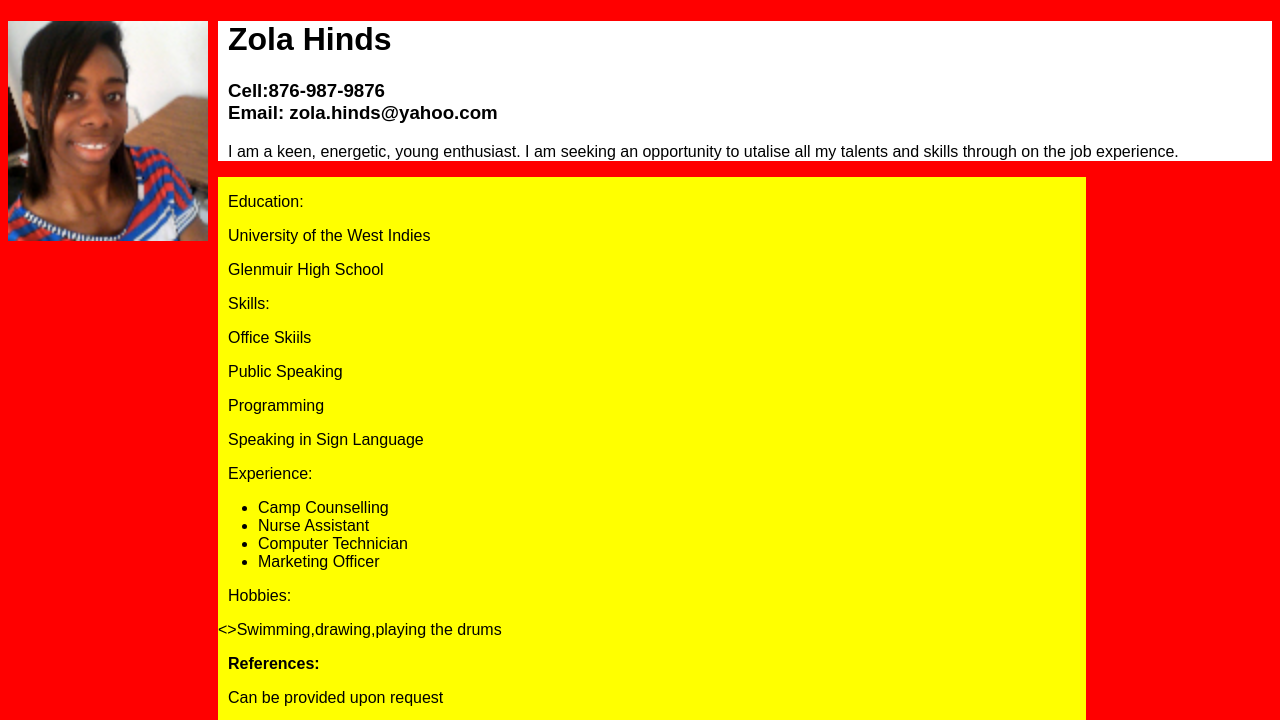
Repository: ZH94/Resume_6200Zola
Page: index.html
The author's editor kept a record of every edit. The page is drawn from the files as they stood at one moment, then again after the next edit.
The browser window is 1280 px wide. The pictures show the whole page.

Above is the page before.

### index.html

<!DOCTYPE html>
<html>
    <head>
    <link href="stylesheet.css" type="text/css" rel="stylesheet"/>
    <title>Resume</title>

    </head>
    <body>
    <picdiv>
        <img src= "picture088 (2).jpg"/>
    </picdiv>
    <div>
        <h1>Zola Hinds</h1>
        <h3>Cell:876-987-9876<br>
        Email: zola.hinds@yahoo.com</h3>
        <p>I am a keen, energetic, young enthusiast. I am seeking an opportunity to utalise all my talents and skills through on the job experience.</p>
    </div>
   <bodydiv>
        <p class>Education: </p>

        <p>University of the West Indies</p>
        <p><tab>Glenmuir High School</tab></p>
        <p >Skills: </p>
        <p>Office Skiils</p>
        <p>Public Speaking </p>
        <p>Programming</p>
        <p>Speaking in Sign Language</p>
        <p>Experience:</p>
        <ul>
            <li>Camp Counselling</li>
            <li>Nurse Assistant</li>
            <li>Computer Technician</li>
            <li>Marketing Officer</li>
        </ul>
        <p>Hobbies:</p>
        <>Swimming,drawing,playing the drums</p>
        <p><strong>References:</strong></p>
        <p>Can be provided upon request</p>
    </h3></bodydiv>
    </body>
</html>

### stylesheet.css
body {

    background-color:red;
}

img {
    position:relative;
}

picdiv {
    position:fixed;
}

div {
    background-color:white;
    margin-left:210px;
    font-family:"Arial";
    font-size:14;
}
bodydiv {
   position:fixed;
   background-color:yellow;
   margin-left:210px;
   width:868px;
   height:auto;
   font-family:"Arial";
}

p {
    margin-left:10px;
}
h1{
    margin-left:10px;
}

h3{
    margin-left:10px;
}

After the next edit:
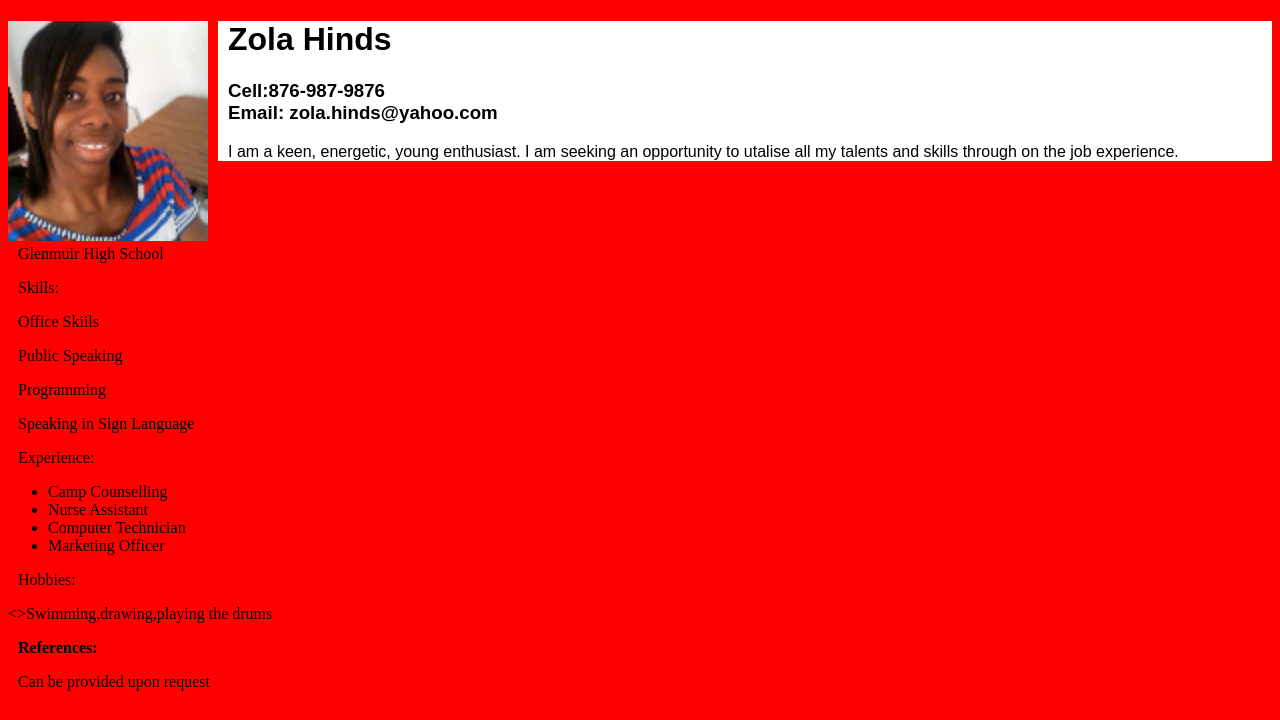
The edit:
--- a/stylesheet.css
+++ b/stylesheet.css
@@ -17,7 +17,7 @@
     font-family:"Arial";
     font-size:14;
 }
-bodydiv {
+div#main {
    position:fixed;
    background-color:yellow;
    margin-left:210px;
